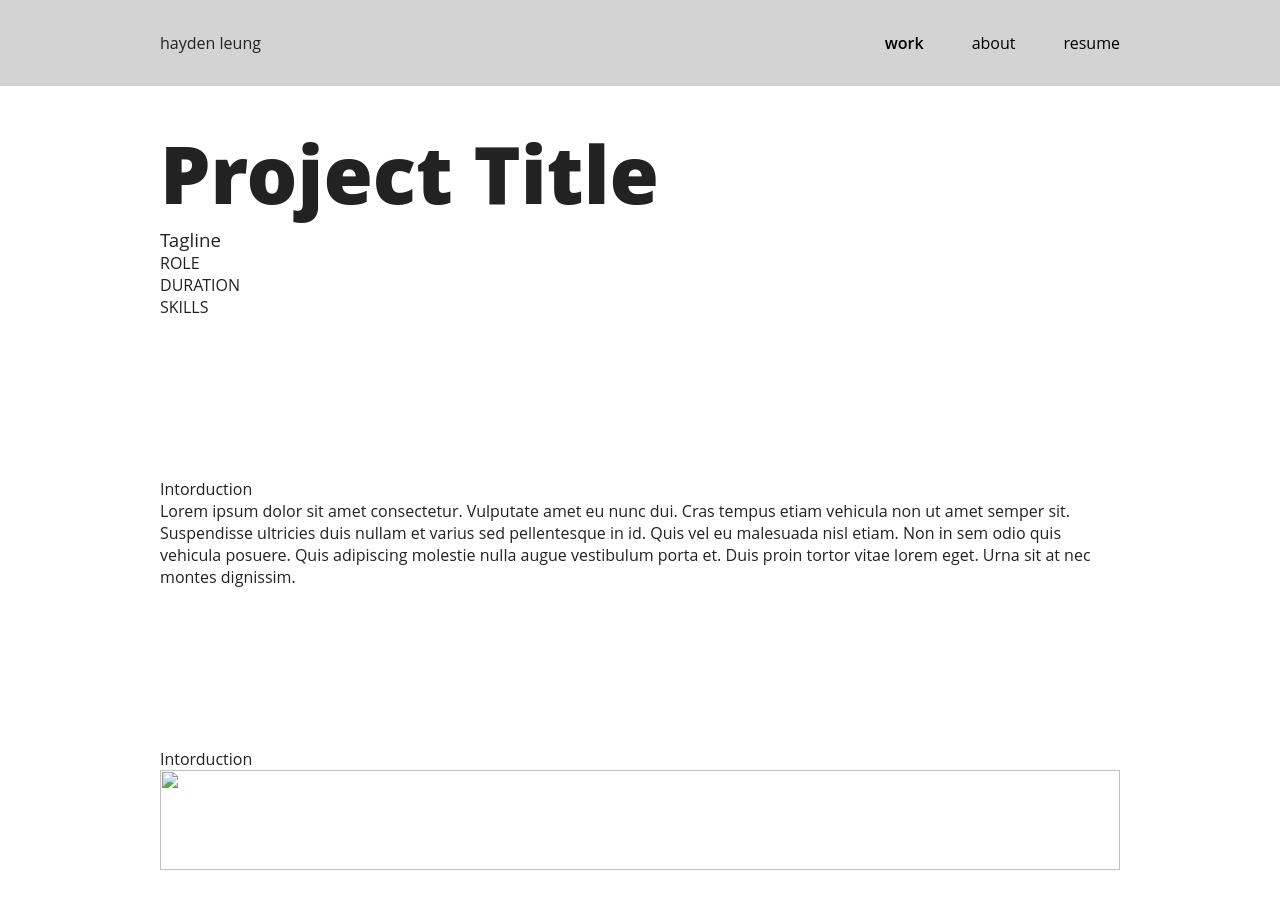
Repository: Haydenleung/Artifact
Page: /
An editor plug-in stored every save of this project. The page is shown before and after the next save, followed by the edit.
The browser window is 1280 px wide. The pictures show the whole page.
The project was rebuilt for these pictures with package versions that can differ from the ones it lists, and the page was loaded fresh each time. The framework's server and built-in components were replaced by stand-ins that run in the browser. Also part of the build but not shown: next.config.mjs.

Above is the page before, as saved 2024-01-29 00:01:25.

After the next save:
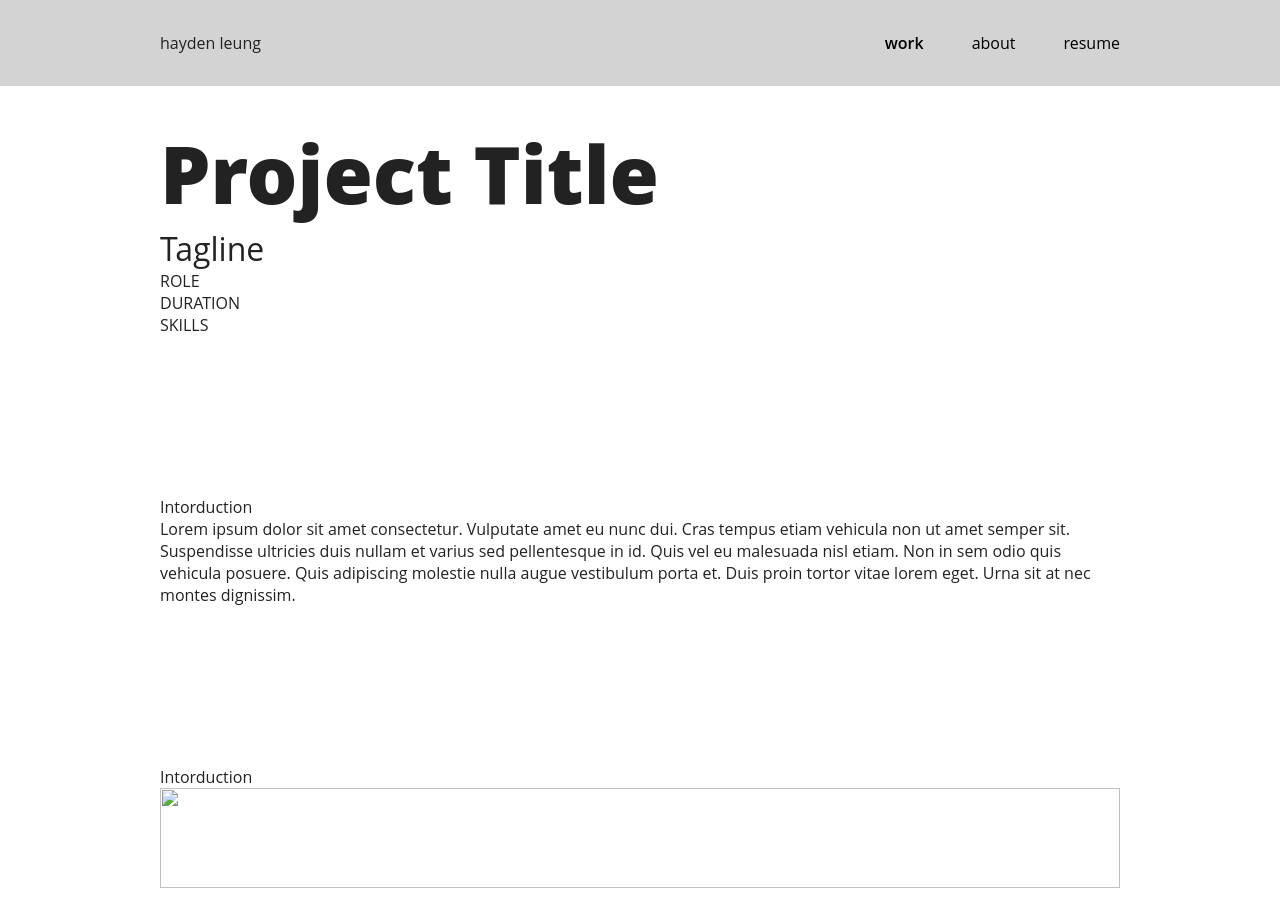
Saved 9 s later.
--- a/src/components/CaseStudy/casestudy.module.css
+++ b/src/components/CaseStudy/casestudy.module.css
@@ -9,5 +9,6 @@
 }
 
 .projectTag {
+    font-size: 24pt;
     font-weight: 400;
 }
